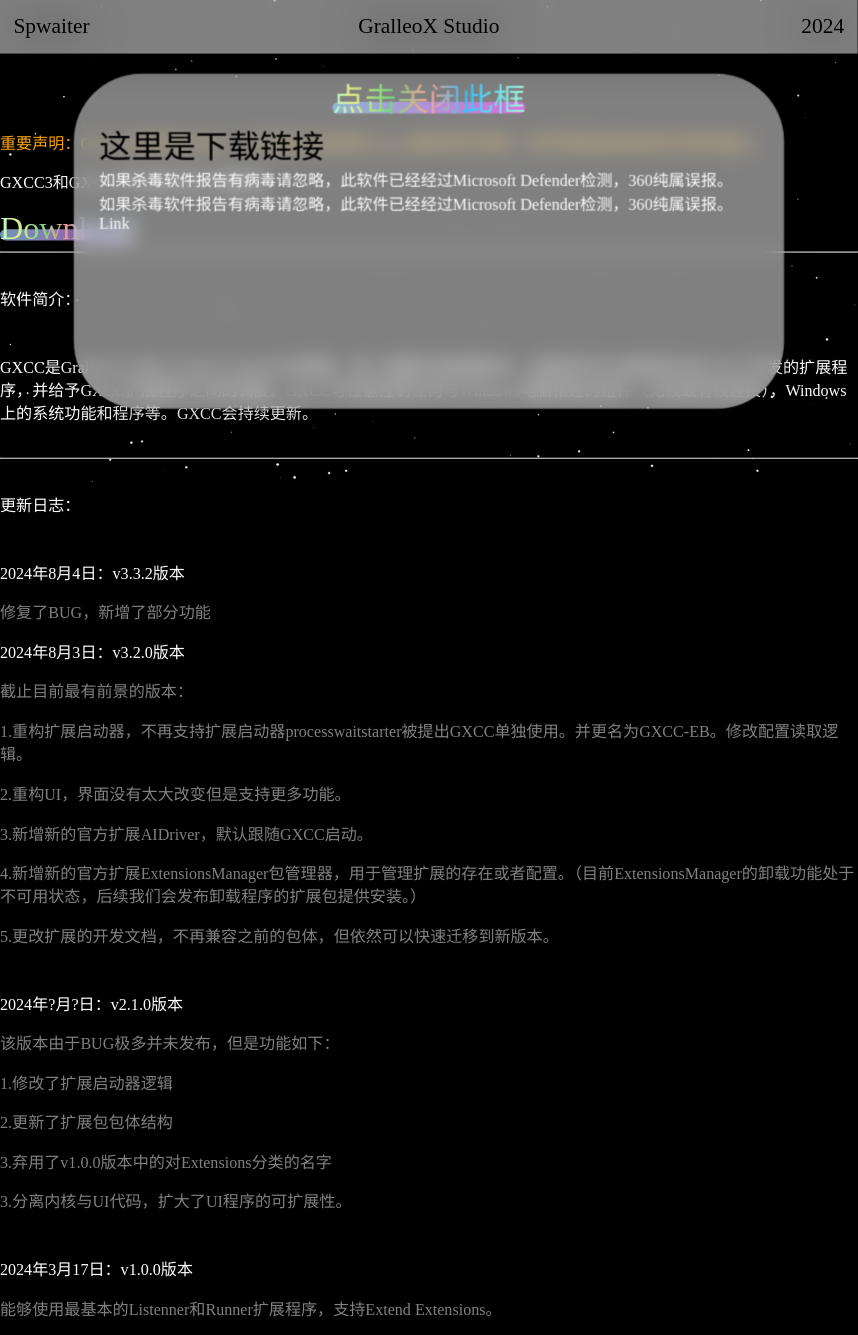
Repository: Lisu-Liso/page
Page: GXCC/index.html
An editor plug-in stored every save of this project. The page is shown before and after the next save, followed by the edit.
The browser window is 1280 px wide. The pictures show the whole page, at 67% of full size.

Above is the page before, as saved 2024-08-13 21:24:56.

### GXCC/index.html
<!DOCTYPE html>
<html lang="zh">
    <head>
        <meta http-equiv="Content-Type" content="text/html;charset=utf-8">
        <title>GXCC - GralleoX Studio</title>
        <link rel="stylesheet" type="text/css" href="./header.css">
        <link rel="stylesheet" type="text/css" href="./orientation.css">
        <link rel="shortcut icon" href="./GralleoX logo v2 web.ico">
        <style>
            body{
                overflow        : scroll;
                background-color: black;
                top             : 0;
                bottom          : 0;
                left            : 0;
                right           : 0;
                margin-top      : 100px;
                margin-bottom   : 0;
                margin-left     : 0;
                margin-right    : 0;
                user-select     : none;
            }
            ::-webkit-scrollbar{display: none;}
            .getin_screen{
                position        : fixed;
                top             : 0;
                bottom          : 0;
                left            : 0;
                right           : 0;
                background-color: rgba(0,0,0,0);
                color           : rgba(0,0,0,0);
                animation       : getinanimation 4s ease-in-out;
                text-align      : center;
                display         : table-cell;
            }
            @keyframes getinanimation{
                0% {
                    background-color       : rgba(255,255,255,1);
                    color                  : black;
                    backdrop-filter        : blur(15px);
                    -webkit-backdrop-filter: blur(15px);
                }
                40% {
                    background-color       : rgba(255,255,255,0.5);
                    color                  : black;
                    backdrop-filter        : blur(15px);
                    -webkit-backdrop-filter: blur(15px);
                }
                70% {
                    background-color       : rgba(255,255,255,0.5);
                    color                  : black;
                    backdrop-filter        : blur(15px);
                    -webkit-backdrop-filter: blur(15px);
                }
                100% {
                    background-color       : rgba(0,0,0,0);
                    color                  : rgba(0,0,0,0);
                    backdrop-filter        : blur(0px);
                    -webkit-backdrop-filter: blur(0px);
                }
            }
            .download_block{
                position               : fixed;
                top                    : 100px;
                left                   : 100px;
                right                  : 100px;
                bottom                 : 100px;
                margin-top             : 10px;
                margin-left            : 10px;
                margin-right           : 10px;
                margin-bottom          : 10px;
                background-color       : rgba(255,255,255,0.5);
                backdrop-filter        : blur(15px);
                -webkit-backdrop-filter: blur(15px);
                border-radius          : 100px;
                box-shadow             : 0 20px 50px rgba(0,0,0,0.2);
            }
            @keyframes blockout{
                0% {
                    background-color       : rgba(255,255,255,0);
                    backdrop-filter        : blur(0px);
                    -webkit-backdrop-filter: blur(0px);
                    box-shadow             : 0 20px 50px rgba(0,0,0,0);
                    opacity                : 0;
                }
                100% {
                    background-color       : rgba(255,255,255,0.5);
                    backdrop-filter        : blur(15px);
                    -webkit-backdrop-filter: blur(15px);
                    box-shadow             : 0 20px 50px rgba(0,0,0,0.2);
                    opacity                : 1;
                }
            }
            @keyframes blockquite{
                0% {
                    background-color       : rgba(255,255,255,0.5);
                    backdrop-filter        : blur(15px);
                    -webkit-backdrop-filter: blur(15px);
                    box-shadow             : 0 20px 50px rgba(0,0,0,0.2);
                    opacity                : 1;
                }
                100% {
                    background-color       : rgba(255,255,255,0);
                    backdrop-filter        : blur(0px);
                    -webkit-backdrop-filter: blur(0px);
                    box-shadow             : 0 20px 50px rgba(0,0,0,0);
                    opacity                : 0;
                }
            }
            .header-float{
                position: fixed;
                top     : 0;
                left    : 0;
                right   : 0;
                width   : 100%;
            }
            .black_board{
                position               : fixed;
                top                    : 80px;
                left                   : 0;
                right                  : 0;
                bottom                 : 0;
                margin-top             : 0;
                margin-left            : 0;
                margin-right           : 0;
                margin-bottom          : 0;
                backdrop-filter        : blur(15px);
                -webkit-backdrop-filter: blur(15px);
                background-color       : rgba(0,0,0,0.3);
            }
            @keyframes boardout{
                0% {
                    backdrop-filter        : blur(0px);
                    -webkit-backdrop-filter: blur(0px);
                    background-color       : rgba(0,0,0,0);
                }
                100% {
                    backdrop-filter        : blur(15px);
                    -webkit-backdrop-filter: blur(15px);
                    background-color       : rgba(0,0,0,0.3);
                }
            }
            @keyframes boardquite{
                0% {
                    backdrop-filter        : blur(15px);
                    -webkit-backdrop-filter: blur(15px);
                    background-color       : rgba(0,0,0,0.3);
                }
                100% {
                    backdrop-filter        : blur(0px);
                    -webkit-backdrop-filter: blur(0px);
                    background-color       : rgba(0,0,0,0);
                }
            }
            .newbutton{
                background   : linear-gradient(75deg,rgba(145, 202, 240, 0.75),rgba(248, 102, 248, 0.75));
                border-radius: 20px;
                text-align   : center;
                cursor       : pointer;
            }
            :root {
                --rainbow-gradient: linear-gradient(-90deg,#adfbda 0,#35c3ff 30%,#fda399 50%,#76d880 70%,#ebf38b 90%,#adfbda 100%);
            }
            .article-header--title {
                background-image       : var(--rainbow-gradient,#fff);
                background-size        : 100%;
                background-repeat      : repeat;
                background-clip        : text;
                -webkit-background-clip: text;
                -webkit-text-fill-color: transparent;
                -moz-background-clip   : text;
                -moz-text-fill-color   : transparent;
                filter                 : drop-shadow(0 0 2rpx #000);
                text-shadow            : none!important;
                cursor                 : pointer;
            }
            a{
                text-decoration: none;
            }
            font{
                cursor : default;
            }
            .backgroundimage{
                position: fixed;
                top     : 0;
                left    : 0;
                right   : 0;
                width   : 100%;
                height  : 100%;
                z-index: -1;
            }
            .normaltext{
                font-size: 18pt;
                color:white;
            }
        </style>
    </head>
    <body>
        <canvas id="bgCanvas" class="backgroundimage"></canvas>
        <script>
            // 获取画布
            var canvas = document.getElementById('bgCanvas');
            var ctx = canvas.getContext('2d');

            // 设置画布尺寸与窗口大小一致
            canvas.width = window.innerWidth;
            canvas.height = window.innerHeight;

            // 创建一个数组用于存储星星的信息
            var stars = [];

            // 创建星星对象
            function Star(x, y, radius, color, speed) {
                this.x = x;
                this.y = y;
                this.radius = radius;
                this.color = color;
                this.speed = speed;
            }

            // 初始化星星
            function init() {
                for (var i = 0; i < 200; i++) {
                    var x = Math.random() * canvas.width;
                    var y = Math.random() * canvas.height;
                    var radius = Math.random() * 2;
                    var color = 'white';
                    var speed = Math.random() * 0.5;

                    stars.push(new Star(x, y, radius, color, speed));
                }
            }

            // 绘制星星
            function drawStars() {
                ctx.clearRect(0, 0, canvas.width, canvas.height);

                for (var i = 0; i < stars.length; i++) {
                    var star = stars[i];

                    ctx.beginPath();
                    ctx.arc(star.x, star.y, star.radius, 0, Math.PI * 2);
                    ctx.fillStyle = star.color;
                    ctx.fill();
                }
            }

            // 更新星星位置
            function updateStars() {
                for (var i = 0; i < stars.length; i++) {
                    var star = stars[i];

                    star.x += star.speed;

                    if (star.x > canvas.width) {
                        star.x = 0;
                    }
                }
            }

            // 动画循环
            function animate() {
                requestAnimationFrame(animate);

                drawStars();
                updateStars();
            }

            // 初始化并启动动画
            init();
            animate();
        </script>
        <div style="text-align:center;top:0;left:0;right:0;"><font size="7">这里是GXCC中文官网！</font></div>
        <p class="normaltext" style="color: orange;">重要声明：GXCC4将开放UI设计，并且我们会使用Electron重构软件界面，软件界面会得到前所未有的美化。</p>
        <p class="normaltext">GXCC3和GXCC3开发者文档下载链接</p>
        <a class="newbutton" onclick="join_us()"><font class="article-header--title" size="7">Download</font></a>
        <div class="black_board" id="bb"></div>
        <div class="download_block" id="download_block">
            <div style="text-align: center">
                <a class="newbutton" onclick="close_download_block()"><font class="article-header--title" size="7">点击关闭此框</font></a>
            </div>
            <div style="margin-left: 1cm;">
                <font size="7" color="black">这里是下载链接</font>
                <br>
                <font class="normaltext" color="red">如果杀毒软件报告有病毒请忽略，此软件已经经过Microsoft Defender检测，360纯属误报。</font>
                <br>
                <font class="normaltext" color="red">如果杀毒软件报告有病毒请忽略，此软件已经经过Microsoft Defender检测，360纯属误报。</font>
                <br>
                <a class="normaltext" href="https://github.com/Lisu-Liso/GXCC/releases">Link</a>
            </div>
        </div>
        <hr/>
        <br>
        <p class="normaltext">软件简介：</p>
        <br>
        <p class="normaltext">GXCC是GralleoX Studio Central Controller的简称，是一款集中控制器软件。这款软件可以使用任何为GXCC开发的扩展程序，并给予GXCC扩展程序之间的调度。GXCC可任意控制任何与Windows电脑相连的组件（无线或有线连接），Windows上的系统功能和程序等。GXCC会持续更新。</p>
        <br>
        <hr/>
        <br>
        <p class="normaltext">更新日志：</p>
        <br>
        <p class="normaltext">2024年8月4日：v3.3.2版本</p>
        <p class="normaltext" style="color: grey;">修复了BUG，新增了部分功能</p>
        <p class="normaltext">2024年8月3日：v3.2.0版本</p>
        <p class="normaltext" style="color: grey;">截止目前最有前景的版本：</p>
        <p class="normaltext" style="color: grey;">1.重构扩展启动器，不再支持扩展启动器processwaitstarter被提出GXCC单独使用。并更名为GXCC-EB。修改配置读取逻辑。</p>
        <p class="normaltext" style="color: grey;">2.重构UI，界面没有太大改变但是支持更多功能。</p>
        <p class="normaltext" style="color: grey;">3.新增新的官方扩展AIDriver，默认跟随GXCC启动。</p>
        <p class="normaltext" style="color: grey;">4.新增新的官方扩展ExtensionsManager包管理器，用于管理扩展的存在或者配置。（目前ExtensionsManager的卸载功能处于不可用状态，后续我们会发布卸载程序的扩展包提供安装。）</p>
        <p class="normaltext" style="color: grey;">5.更改扩展的开发文档，不再兼容之前的包体，但依然可以快速迁移到新版本。</p>
        <br>
        <p class="normaltext">2024年?月?日：v2.1.0版本</p>
        <p class="normaltext" style="color: grey;">该版本由于BUG极多并未发布，但是功能如下：</p>
        <p class="normaltext" style="color: grey;">1.修改了扩展启动器逻辑</p>
        <p class="normaltext" style="color: grey;">2.更新了扩展包包体结构</p>
        <p class="normaltext" style="color: grey;">3.弃用了v1.0.0版本中的对Extensions分类的名字</p>
        <p class="normaltext" style="color: grey;">3.分离内核与UI代码，扩大了UI程序的可扩展性。</p>
        <br>
        <p class="normaltext">2024年3月17日：v1.0.0版本</p>
        <p class="normaltext" style="color: grey;">能够使用最基本的Listenner和Runner扩展程序，支持Extend Extensions。</p>
        <div class="headerblock">
            <div class="centertext"><font size="6">GralleoX Studio</font></div>
            <div class="lefttext"><font size="6">Spwaiter</font></div>
            <div class="righttext"><font size="6">2024</font></div>
        </div>
        <div class="getin_screen" id="getin">
            <font size="7" id="getintext">网站正在加载，请稍后...</font>
        </div>
    </body>
    <script type="text/javascript">
        let t = document.getElementById("download_block");
        // t.style.display = "none";

        t = document.getElementById("bb");
        t.style.display = "none";
    </script>
    <script type="text/javascript">
        setTimeout(function(){
            let t = document.getElementById("getintext");
            t.innerHTML = "网站加载完毕，即将进入网站。";
            setTimeout(function(){
                let t = document.getElementById("getin");
                t.style.display = "none";
            },2000);
        },2000);
        function join_us(){
            let t = document.getElementById("download_block");
            t.style.display = "block";
            t.style.animation = "blockout 0.5s ease-in-out";

            t = document.getElementById("bb");
            t.style.display = "block";
            t.style.animation = "boardout 0.5s ease-in-out";
        }
        function close_download_block(){
            let t = document.getElementById("download_block");
            t.style.animation = "blockquite 0.5s ease-in-out";

            t = document.getElementById("bb");
            t.style.animation = "boardquite 0.5s ease-in-out";
            setTimeout(function(){
                let t = document.getElementById("download_block");
                t.style.display = "none";

                t = document.getElementById("bb");
                t.style.display = "none";
            },500);
        }
    </script>
</html>

### GXCC/header.css
.headerblock{
    position               : fixed;
    top                    : 0px;
    left                   : 0px;
    right                  : 0px;
    margin-top             : 0px;
    margin-left            : 0px;
    margin-right           : 0px;
    width                  : 100%;
    height                 : 80px;
    background-color       : rgba(255,255,255,0.5);
    backdrop-filter        : blur(10px);
    -webkit-backdrop-filter: blur(10px);
    box-shadow             : 0 20px 50px rgba(0,0,0,0.2);
    align-items            : center;
}
.centertext{
    position    : fixed;
    top         : 0;
    left        : 0;
    right       : 0;
    margin-top  : 20px;
    margin-left : 20px;
    margin-right: 20px;
    text-align  : center;
    filter      : drop-shadow(0 0 2rem #000);
    text-shadow : none!important;
    color       : black;
}
.lefttext{
    position    : fixed;
    top         : 0;
    left        : 0;
    right       : 0;
    margin-top  : 20px;
    margin-left : 20px;
    margin-right: 20px;
    text-align  : left;
    filter      : drop-shadow(0 0 2rem #000);
    text-shadow : none!important;
    color       : black;
}
.righttext{
    position    : fixed;
    top         : 0;
    left        : 0;
    right       : 0;
    margin-top  : 20px;
    margin-left : 20px;
    margin-right: 20px;
    text-align  : right;
    filter      : drop-shadow(0 0 2rem #000);
    text-shadow : none!important;
    color       : black;
}

### orientation.css
i{
    border: solid black;
    border-width: 0 3px 3px 0;
    display: inline-block;
    padding: 3px;
}
.right{
    transform: rotate(-45deg);
    -webkit-transform: rotate(-45deg);
}

.left{
    transform: rotate(135deg);
    -webkit-transform: rotate(135deg);
}

.up{
    transform: rotate(-135deg);
    -webkit-transform: rotate(-135deg);
}

.down{
    transform: rotate(45deg);
    -webkit-transform: rotate(45deg);
}

After the next save:
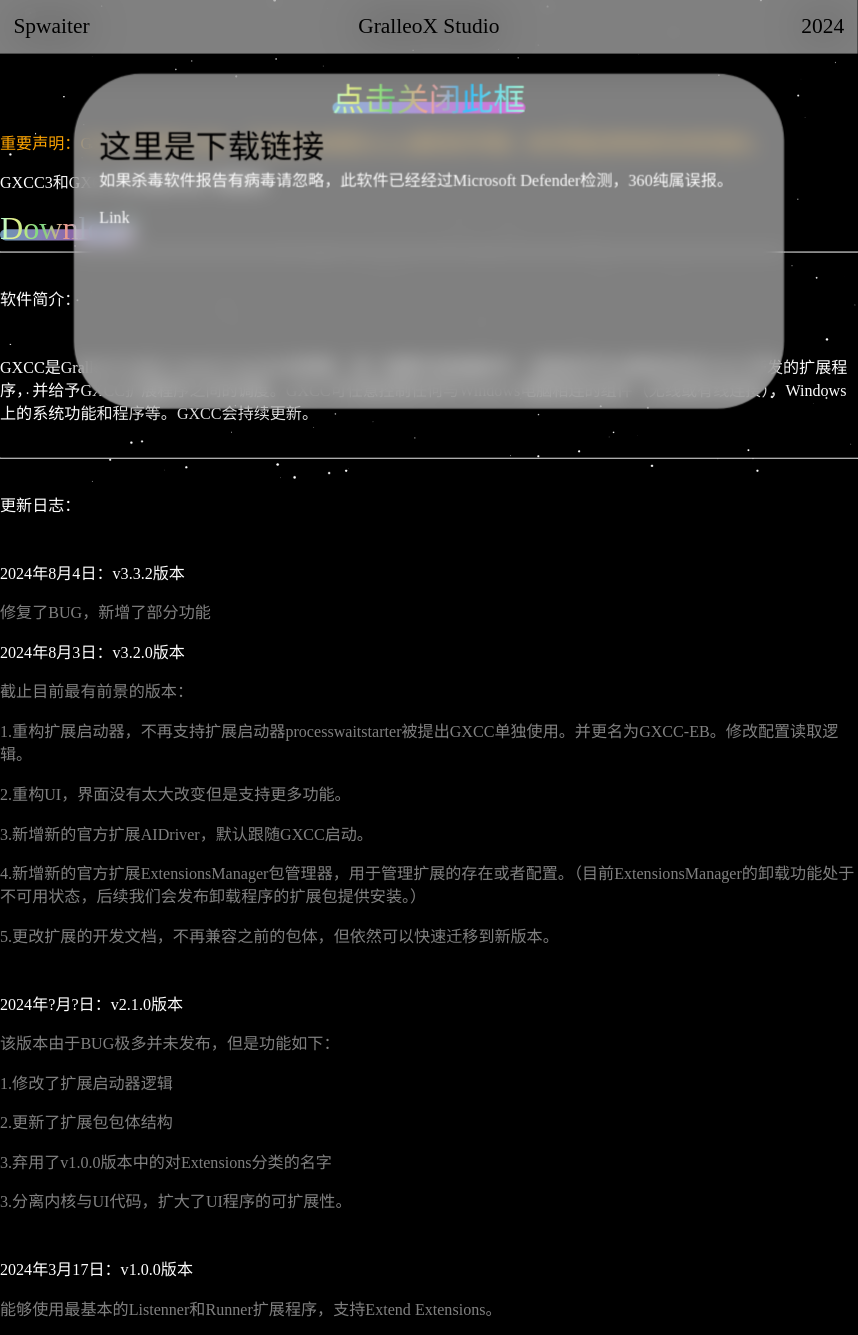
Saved 10 s later.
--- a/GXCC/index.html
+++ b/GXCC/index.html
@@ -284,7 +284,7 @@
                 <br>
                 <font class="normaltext" color="red">如果杀毒软件报告有病毒请忽略，此软件已经经过Microsoft Defender检测，360纯属误报。</font>
                 <br>
-                <font class="normaltext" color="red">如果杀毒软件报告有病毒请忽略，此软件已经经过Microsoft Defender检测，360纯属误报。</font>
+                <font class="normaltext" color="red"></font>
                 <br>
                 <a class="normaltext" href="https://github.com/Lisu-Liso/GXCC/releases">Link</a>
             </div>
